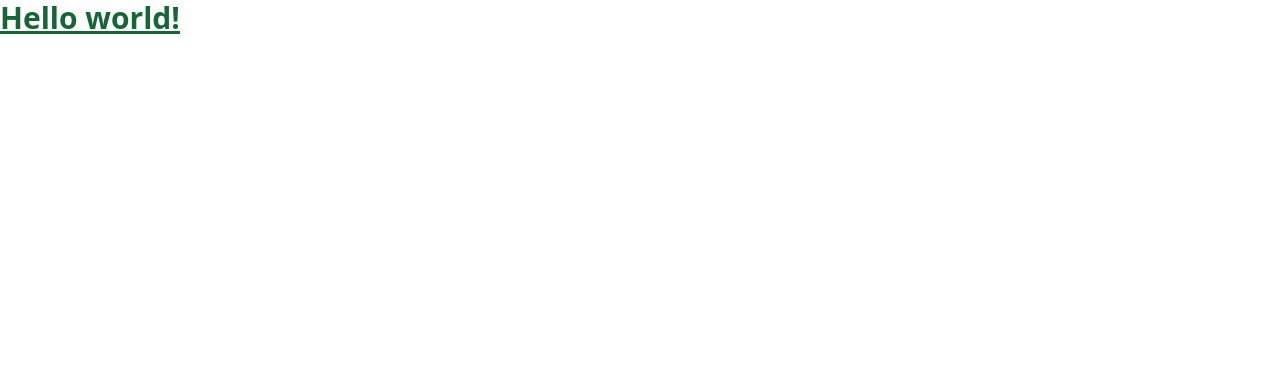
Repository: Dydja/dashAlladjai
Page: /
The author's editor kept a copy of each file at every save. The page is drawn from the files as they stood at one save, then again after the next save.
The browser window is 1280 px wide. The pictures show the whole page.
The project was rebuilt for these pictures with package versions that can differ from the ones it lists, and the page was loaded fresh each time. Also part of the build but not shown: vite.config.js.

Above is the page before, as saved 2024-01-28 21:29:00.

After the next save:
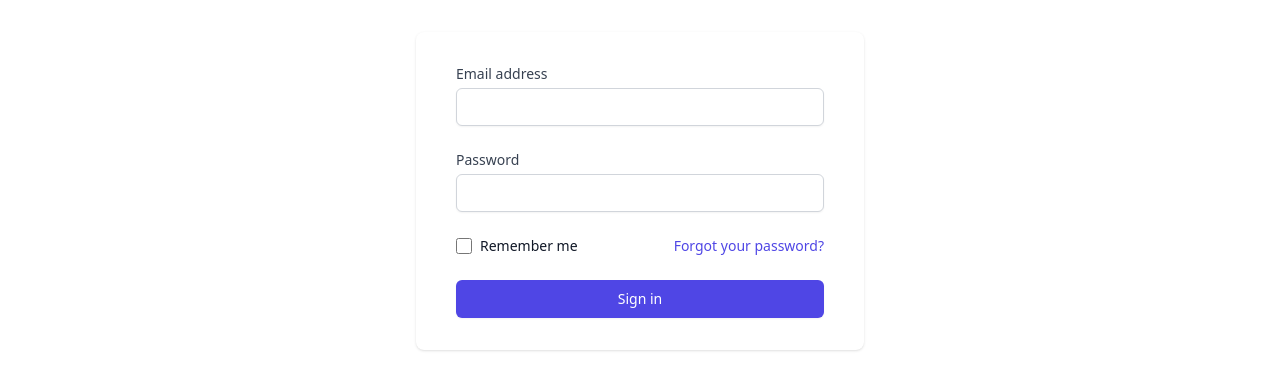
Saved 2 min 28 s later.
--- a/src/views/auth/LoginView.vue
+++ b/src/views/auth/LoginView.vue
@@ -1,7 +1,44 @@
 <template>
-    <h1 class="text-3xl font-bold text-green-800 underline">
-        Hello world!
-    </h1>
+    <div class="mt-8 sm:mx-auto sm:w-full sm:max-w-md">
+            <div class="bg-white py-8 px-4 shadow sm:rounded-lg sm:px-10">
+                <form class="space-y-6" @submit.prevent="emit('submit')" method="POST">
+                    <div>
+                        <label for="email" class="block text-sm font-medium text-gray-700"> Email address </label>
+                        <div class="mt-1">
+                            <input id="email" name="email" type="email" autocomplete="email" required=""
+                                class="appearance-none block w-full px-3 py-2 border border-gray-300 rounded-md shadow-sm placeholder-gray-400 focus:outline-none focus:ring-indigo-500 focus:border-indigo-500 sm:text-sm" />
+                        </div>
+                    </div>
+
+                    <div>
+                        <label for="password" class="block text-sm font-medium text-gray-700"> Password </label>
+                        <div class="mt-1">
+                            <input id="password" name="password" type="password" autocomplete="current-password" required=""
+                                class="appearance-none block w-full px-3 py-2 border border-gray-300 rounded-md shadow-sm placeholder-gray-400 focus:outline-none focus:ring-indigo-500 focus:border-indigo-500 sm:text-sm" />
+                        </div>
+                    </div>
+
+                    <div class="flex items-center justify-between">
+                        <div class="flex items-center">
+                            <input id="remember-me" name="remember-me" type="checkbox"
+                                class="h-4 w-4 text-indigo-600 focus:ring-indigo-500 border-gray-300 rounded" />
+                            <label for="remember-me" class="ml-2 block text-sm text-gray-900"> Remember me </label>
+                        </div>
+
+                        <div class="text-sm">
+                            <a href="#" class="font-medium text-indigo-600 hover:text-indigo-500"> Forgot your password?
+                            </a>
+                        </div>
+                    </div>
+
+                    <div>
+                        <button type="submit"
+                            class="w-full flex justify-center py-2 px-4 border border-transparent rounded-md shadow-sm text-sm font-medium text-white bg-indigo-600 hover:bg-indigo-700 focus:outline-none focus:ring-2 focus:ring-offset-2 focus:ring-indigo-500">Sign
+                            in</button>
+                    </div>
+                </form>
+            </div>
+        </div>
 </template>
 
 
